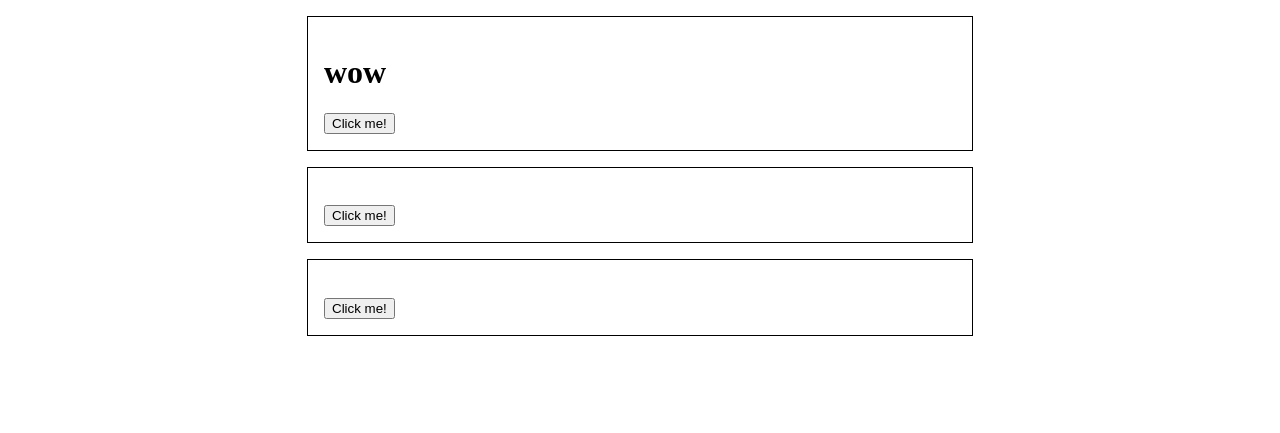
Repository: Jinontheclock/COMP3170_Assignment
Page: /
These files come from the project's save history. The page is drawn as it stood at one moment and after the next save; the edit follows.
The browser window is 1280 px wide. The pictures show the whole page.
The project was rebuilt for these pictures with package versions that can differ from the ones it lists, and the page was loaded fresh each time. Also part of the build but not shown: vite.config.js.

Above is the page before, as saved 2025-09-08 16:05:13.

After the next save:
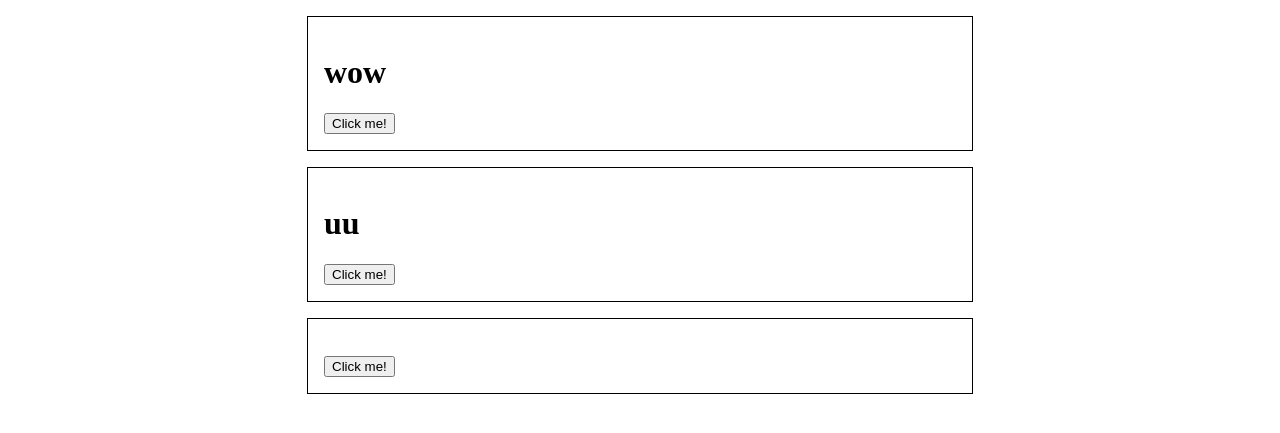
Saved 8 s later.
--- a/src/App.jsx
+++ b/src/App.jsx
@@ -4,7 +4,7 @@
   return (
     <div>
       <Excerpt title="wow" />
-       <Excerpt />
+       <Excerpt title="uu" />
         <Excerpt />
     </div>
   )
